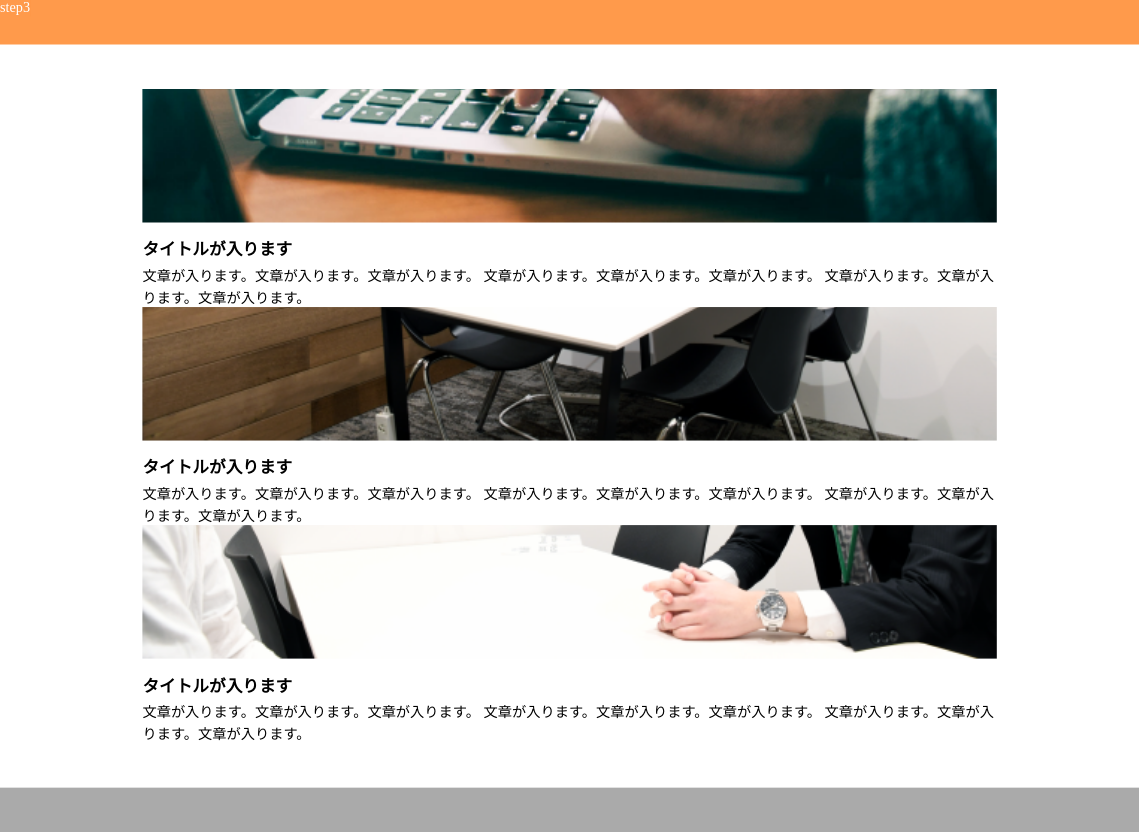
Repository: Kaori199701/-1
Page: 課題1/chapter9-index.html
The author's editor kept a record of every edit. The page is drawn from the files as they stood at one moment, then again after the next edit.
The browser window is 1280 px wide. The pictures show the whole page, at 89% of full size.

Above is the page before.

### 課題1/chapter9-index.html
<!DOCTYPE html>
<html lang="ja">
  <head>
    <meta charset="UTF-8" />
    <meta name="viewport" content="width=device-width,initial-scale=1.0">
    <!-- CSSファイルの読み込み -->
    <link rel="stylesheet" href="chapter9-style.css" />
    <title>chapter9</title>
  </head>

  <body>
     <!-- header -->
    <header>
    </header>

     <!-- main用のdiv -->
     <main>
       <!-- 内容 -->
       <div>
          <!-- 1コ目の記事-->
         <div class="contents">
           <div class="step-img1"></div>
           <span class="step-number">step1</span>
           <h3 class="contents-text-heading">タイトルが入ります</h3>
           <p>文章が入ります。文章が入ります。文章が入ります。
           文章が入ります。文章が入ります。文章が入ります。
           文章が入ります。文章が入ります。文章が入ります。</p>


         </div>
         <!-- 2コ目の記事-->
         <div class="contents">
           <div class="step-img2"></div>
           <span class="step-number">step2</span>
           <h3 class="contents-text-heading">タイトルが入ります</h3>
           <p>文章が入ります。文章が入ります。文章が入ります。
           文章が入ります。文章が入ります。文章が入ります。
           文章が入ります。文章が入ります。文章が入ります。</p>
         </div>

        <!-- 3コ目の記事-->
         <div class="contents">
           <div class="step-img3"></div>
           <span class="step-number">step3</span>
           <h3 class="contents-text-heading">タイトルが入ります</h3>
           <p>文章が入ります。文章が入ります。文章が入ります。
           文章が入ります。文章が入ります。文章が入ります。
           文章が入ります。文章が入ります。文章が入ります。</p>
         </div>

       </div>
     </main>

     <!-- footer -->
     <footer>
     </footer>
   </body>
</html>

### 課題1/chapter9-style.css
/* ブラウザがそれぞれ持っているCSSをリセットするための記述 */
* {
  margin: 0;
  padding: 0;
  box-sizing: border-box;
}

header {
  height: 50px;
  background-color: #FF9A4B
}

main {
  width: 960px; /* 横幅960px */
  display: flex; /* Flexboxの利用 */
  margin: 50px auto; /* 要素の中央揃え */
}

.contents-box {
  width: 300px;
  margin-right: 30px;
  padding: 10px;
  position: relative;
  background-color: #EEEEEE;
}

.contents-box last-child{
  margin-right: 0;
}


.step-img1 {
  height: 150px;
  background-image: url(img/flow01.png);
  background-position: bottom;
  background-size: cover;
}

.step-img2 {
  height: 150px;
  background-image: url(img/flow02.png);
  background-position: bottom;
  background-size: cover;
}

.step-img3 {
  height: 150px;
  background-image: url(img/flow03.png);
  background-position: bottom;
  background-size: cover;
}


.contents-text-heading {
  padding-top: 15px;
  padding-bottom: 5px;
}

.step-number {
  position: absolute;
  top: 0;
  left: 0;
  background-color: #FF9A4B;
  color: #fff;
}

.contents-text {
  padding: 15px 0 5px;
}

footer {
  width: 100%; /* 横幅100% */
  height: 50px; /* 高さ50px */
  background-color: #AAAAAA;
}






@media screen and (max-width: 768px) {
  header {
    width: 100%;
  }


main {
    width: 100%;
    display: block;
  }

.contents-box {
  width: 90%;
  margin-bottom: 20px;
  padding: 10px;
  position: relative;
  background-color: #EEEEEE;
}

}

After the next edit:
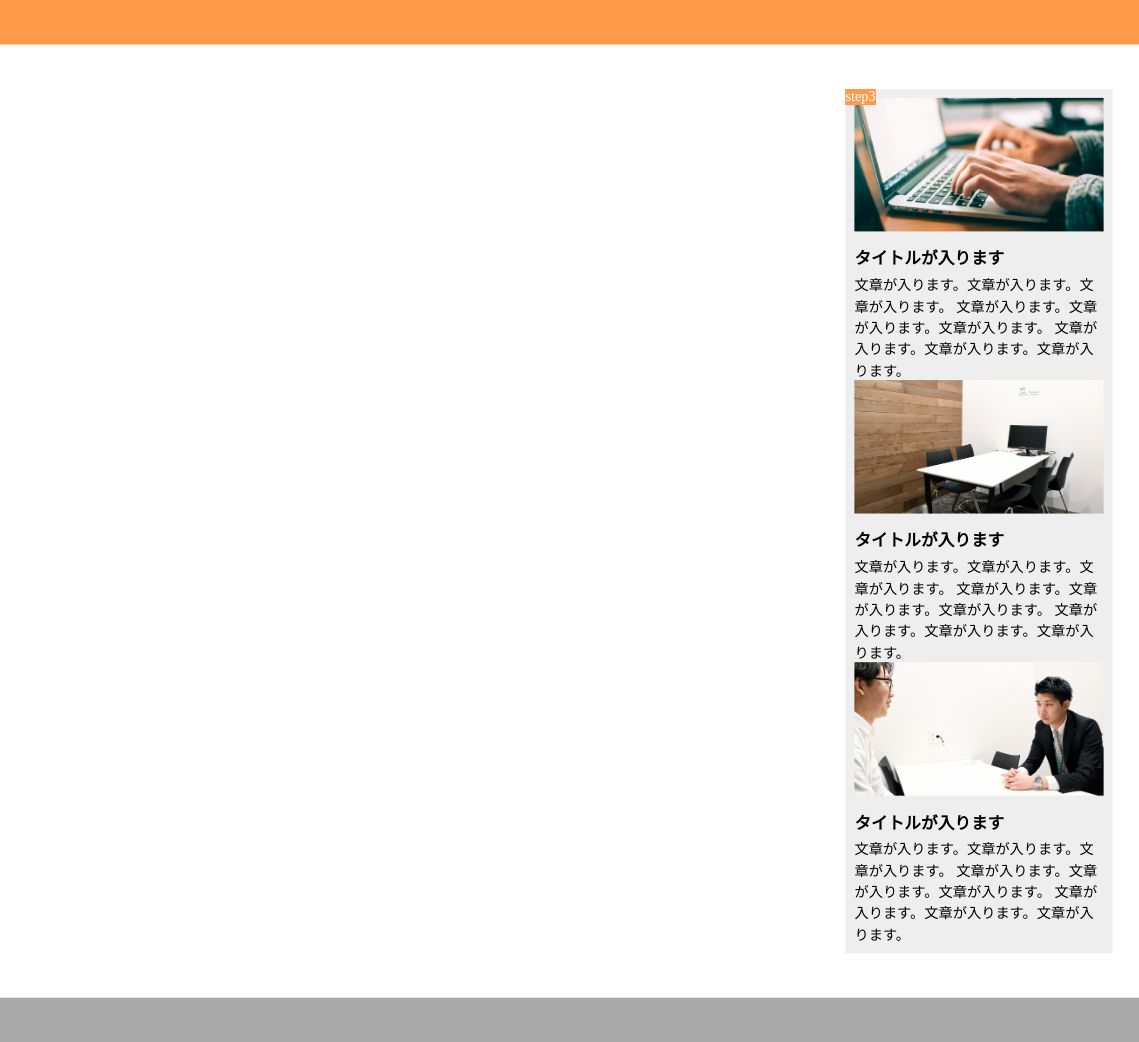
The edit:
--- a/課題1/chapter9-index.html
+++ b/課題1/chapter9-index.html
@@ -14,7 +14,7 @@
     </header>
 
      <!-- main用のdiv -->
-     <main>
+     <main class="contents-box">
        <!-- 内容 -->
        <div>
           <!-- 1コ目の記事-->
